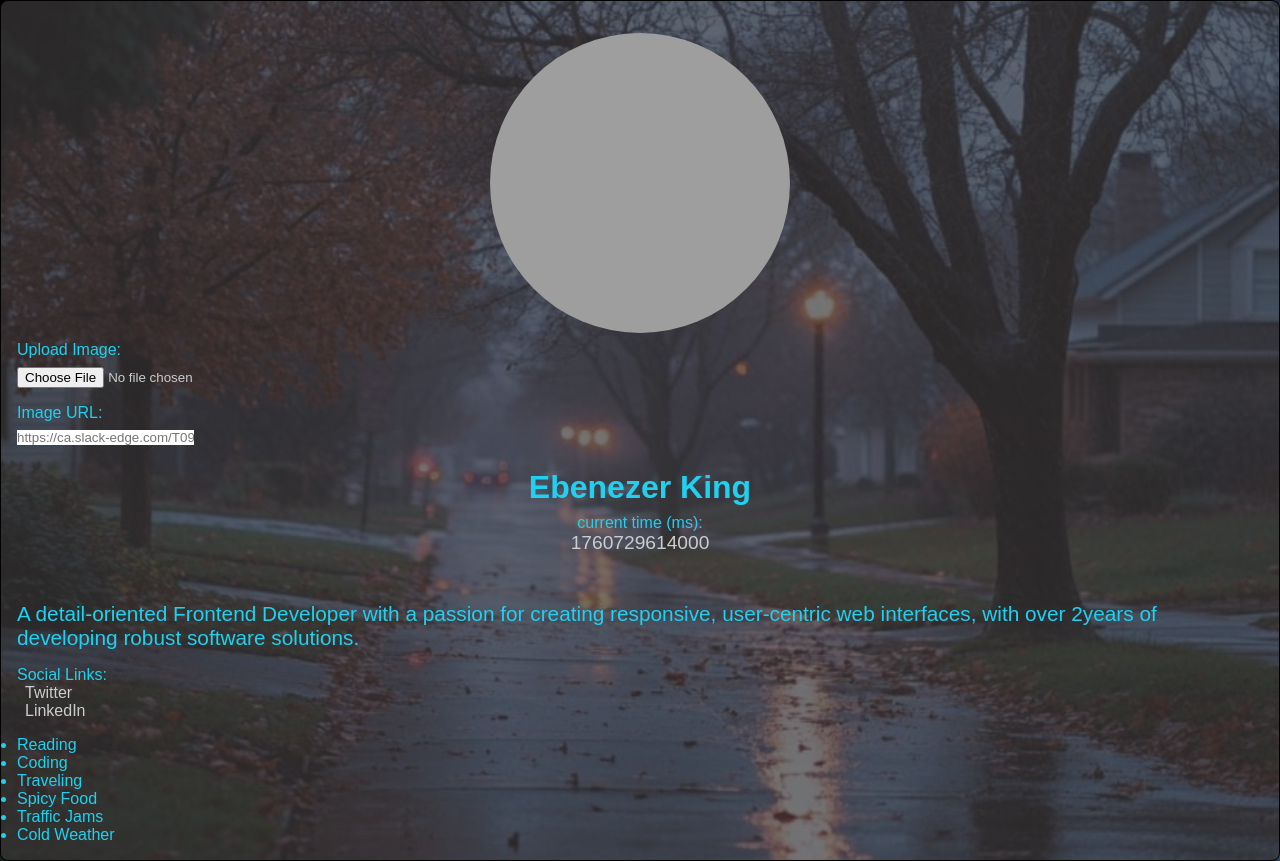
Repository: ebenezertiewei/profileCard
Page: index.html
The author's editor kept a copy of each file at every save. The page is drawn from the files as they stood at one save, then again after the next save.
The browser window is 1280 px wide. The pictures show the whole page.
Pictures or frames that could not be fetched are drawn as grey boxes.

Above is the page before, as saved 2025-10-17 23:28:03.

After the next save:
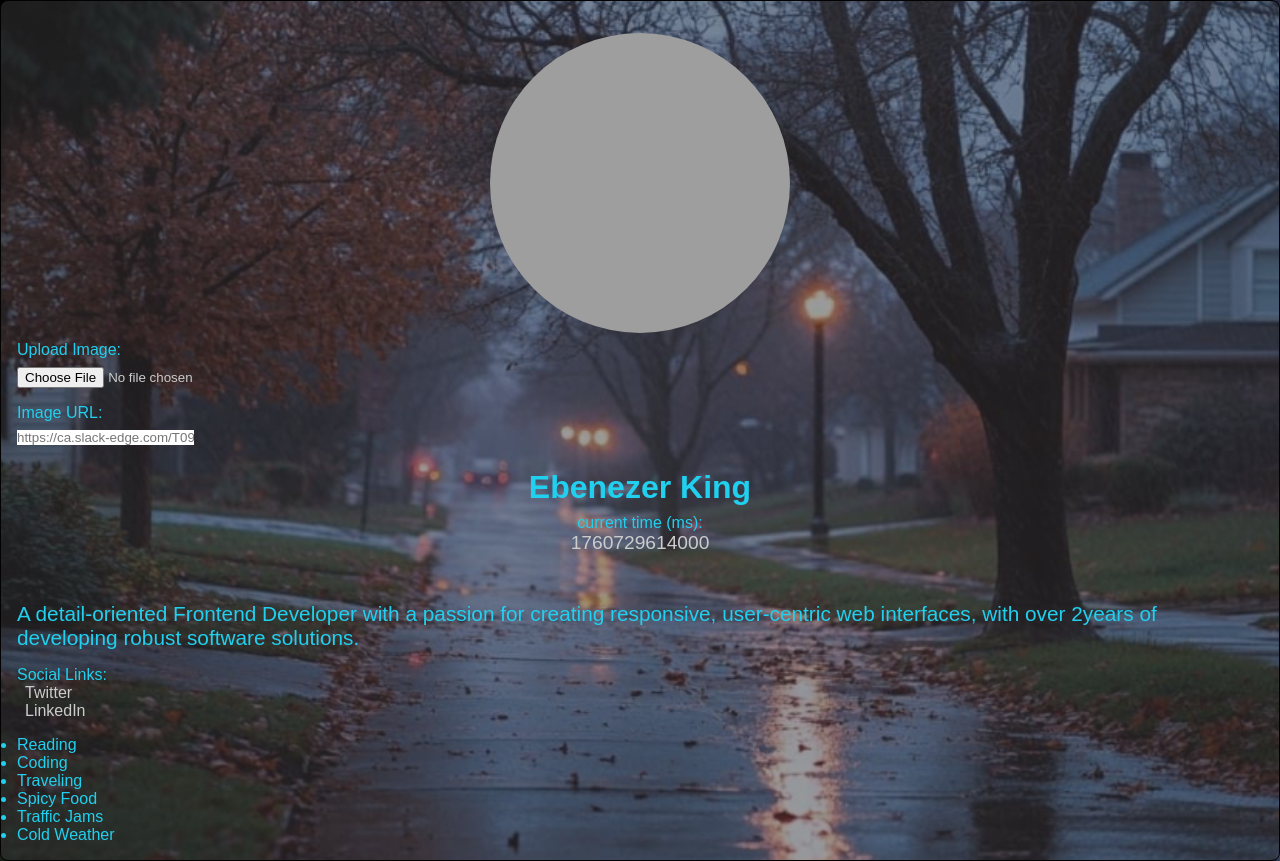
Saved 59 min 1 s later.
--- a/style.css
+++ b/style.css
@@ -28,7 +28,7 @@ article[data-testid="test-profile-card"] {
 	/* height: 100%; */
 	width: 100%;
 	padding: 1rem;
-	background-color: rgba(61, 58, 58, 0.7);
+	background-color: rgba(61, 58, 58, 0.5);
 	color: rgb(33, 208, 239);
 	display: flex;
 	flex-direction: column;
